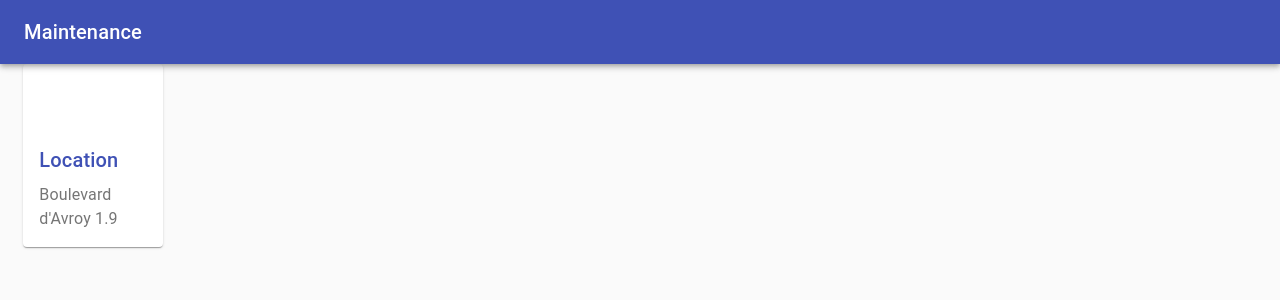
Repository: sapbrussels/intelligenthighway_webapp
Page: /Maintenance (app in router/)
An editor plug-in stored every save of this project. The page is shown before and after the next save, followed by the edit.
The browser window is 1280 px wide. The pictures show the whole page.
The project was rebuilt for these pictures with package versions that can differ from the ones it lists, and the page was loaded fresh each time. Also part of the build but not shown: router/src/App.css, router/src/Login.js, router/src/Maps.js, router/src/Jobspage.js.

Above is the page before, as saved 2020-03-26 15:04:53.

After the next save:
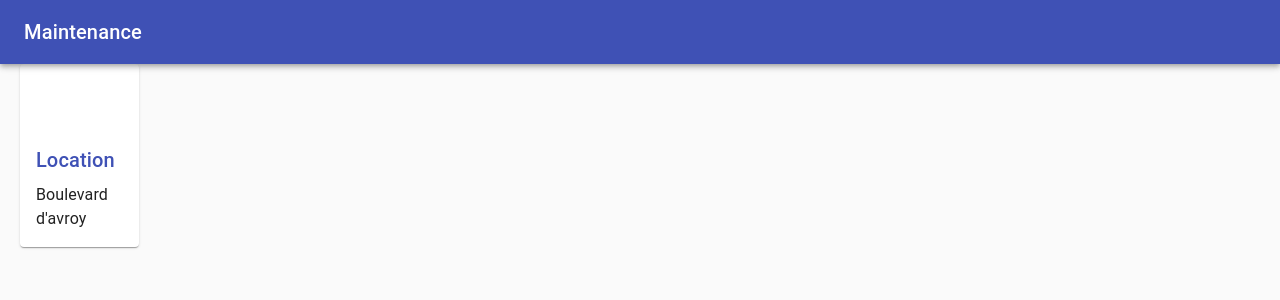
Saved 5 min 20 s later.
--- a/router/src/DateMaintenance.js
+++ b/router/src/DateMaintenance.js
@@ -4,9 +4,7 @@
 import Title from './Title';
 
 const useStyles = makeStyles((theme)=>({
-  depositContext: {
-    flex: 1,
-  },
+
   paper:{
       marginTop:  theme.spacing(8),
       alignItems:'center',
@@ -19,9 +17,7 @@
     <div className={classes.paper}>
     <React.Fragment>
       <Title>Location</Title>
-      <Typography color="textSecondary" className={classes.depositContext}>
-        Boulevard d'Avroy 1.9
-      </Typography>
+      <Typography>Boulevard d'avroy</Typography>
     </React.Fragment>
     </div>
   );
